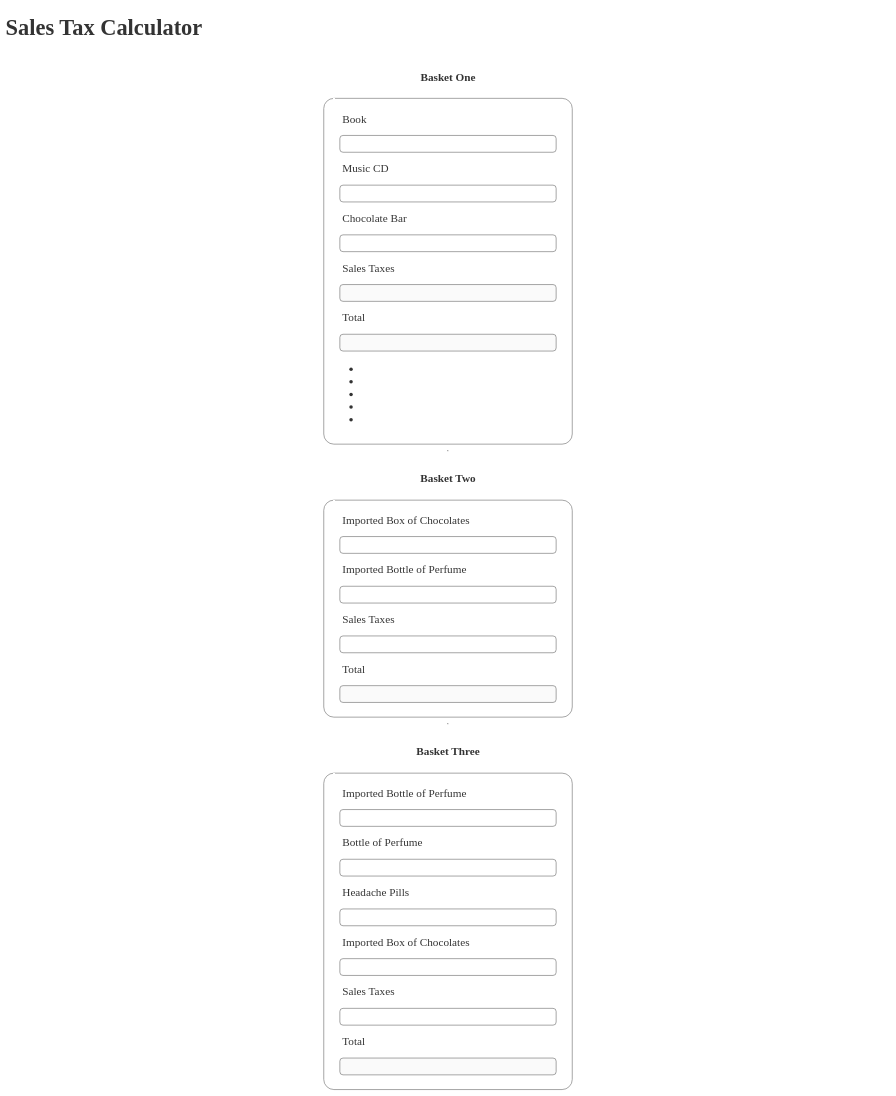
Repository: duzzisantos/sales-tax
Page: index.html
The author's editor kept a copy of each file at every save. The page is drawn from the files as they stood at one save, then again after the next save.
The browser window is 1280 px wide. The pictures show the whole page, at 70% of full size.

Above is the page before, as saved 2022-05-25 21:36:54.

### index.html
<!DOCTYPE html>
<html lang="en">

<head>
    <meta charset="UTF-8">
    <meta http-equiv="X-UA-Compatible" content="IE=edge">
    <meta name="viewport" content="width=device-width, initial-scale=1.0">
    <link href="style.css" rel="stylesheet">
    <title>Sales Tax Calculator</title>
</head>

<body>
    <h1>Sales Tax Calculator</h1>
    <section id="container">
        <h4>Basket One</h4>
        <fieldset>
            <legend>

            </legend>
            <label for="book">Book</label>
            <input id="book" type="number" name="book" onchange="basketOne()" />
            <label for="musicCD">Music CD</label>
            <input id="musicCD" type="number" name="musicCD" onchange="basketOne()" />
            <label for="chocolateBar">Chocolate Bar</label>
            <input id="chocolateBar" type="number" name="chocolateBar" onchange="basketOne()" />
            <label for="sales-taxes">Sales Taxes</label>
            <input id="sales-taxes" type="number" name="sales-taxes" onchange="basketOne()" disabled />
            <label for="total">Total</label>
            <input id="total" type="number" name="total" onchange="basketOne()" disabled />
            <ul class="listOne">
                <li></li>
                <li></li>
                <li></li>
                <li></li>
                <li></li>
            </ul>
        </fieldset>
        <hr>
        <h4>Basket Two</h4>
        <fieldset>
            <legend>

            </legend>
            <label for="imported-box-chocolate">Imported Box of Chocolates</label>
            <input id="imported-box-chocolate" type="number" name="imported-box-chocolate" onchange="basketTwo()" />
            <label for="imported-perfume">Imported Bottle of Perfume</label>
            <input id="imported-perfume" type="number" name="imported-perfume" onchange="basketTwo()" />

            <label for="sales-taxes2">Sales Taxes</label>
            <input id="sales-taxes2" type="number" name="sales-taxes2" onchange="basketTwo()" />
            <label for="total">Total</label>
            <input disabled id="total2" type="number" name="total2" onchange="basketTwo()" />
        </fieldset>
        <hr>
        <h4>Basket Three</h4>
        <fieldset>
            <legend>

            </legend>
            <label for="imported-perfume2">Imported Bottle of Perfume</label>
            <input id="imported-perfume2" type="number" name="imported-perfume2" onchange="basketThree()" />
            <label for="bottle-perfume">Bottle of Perfume</label>
            <input id="bottle-perfume" type="number" name="bottle-perfume" onchange="basketThree()" />
            <label for="pills">Headache Pills</label>
            <input id="pills" type="number" name="pills" onchange="basketThree()" />
            <label for="imported-box-chocolate2">Imported Box of Chocolates</label>
            <input id="imported-box-chocolate2" type="number" name="imported-box-chocolate2" onchange="basketThree()" />
            <label for=" sales-taxes3">Sales Taxes</label>
            <input id="sales-taxes3" type="number" name="sales-taxes3" onchange="basketThree()" />
            <label for="total3">Total</label>
            <input disabled id="total3" type="number" name="total3" onchange="basketThree()" />
        </fieldset>
    </section>
</body>
<script src="first.js"></script>
<script src="second.js"></script>
<script src="third.js"></script>

</html>

### style.css
*{
    color: rgb(0,0,0,0.8);
}

#container{
    display: flex;
    flex-direction: column;
    align-items: center;
    justify-content: center;
    bottom: 0;
}

fieldset{
    height: fit-content;
    width: 20%;
    border: 1px solid grey;
    border-radius: 15px;
}

label, input{
    display: block;
    margin: 10px;
    padding: 4px;
}

input{
    width: 300px;
    border-radius: 5px;
    border: 1px solid grey;
}

### first.js
//Variables for tax rate
let taxFree = 0;
let basicTax = 10;
let importDuty = 5;

//imported basic taxable items attract an extra non-negotiable tax rate of 5%, therefore 10% + 5% = 15%
let basicPlusImportDuty = basicTax + importDuty;

//An app that computes the first basket of goods
const basketOne = () => {
  let book = document.getElementById("book").value;
  let musicCD = document.getElementById("musicCD").value;
  let chocolateBar = document.getElementById("chocolateBar").value;

  // The plus sign is used in front of every variable to indicate to JavaScript that they are numerical values
  // Without this, they would become concatenated strings

  //these are the sums of the items and their taxes
  let bookPlusTax = +taxFree * +book + +book;
  let musicCDPlusTax = (basicTax * +musicCD) / 100 + +musicCD;
  let chocolateBarPlusTax = +taxFree * +chocolateBar + +chocolateBar;

  //this computes the total price paid by the customer
  let netPayment = +bookPlusTax + +musicCDPlusTax + +chocolateBarPlusTax;
  document.getElementById("total").value = netPayment.toFixed(2);

  //this computes the total sales tax generated
  let totalTaxes =
    bookPlusTax -
    book +
    (musicCDPlusTax - musicCD) +
    (chocolateBarPlusTax - chocolateBar);

  //Math.ceil and toFixed method helps us round up to the nearest 0.05
  document.getElementById("sales-taxes").value = (
    Math.ceil(totalTaxes * 20) / 20
  ).toFixed(2);
};

### second.js
//Variables for tax rate
let basicTax2 = 10;
let importDuty2 = 5;

//imported basic taxable items attract an extra non-negotiable tax rate of 5%, therefore 10% + 5% = 15%
let basicPlusImportDuty2 = basicTax2 + importDuty2;

//An app that computes the second basket of goods
const basketTwo = () => {
  let importedChocolate = document.getElementById(
    "imported-box-chocolate"
  ).value;
  let importedPerfume2 = document.getElementById("imported-perfume").value;

  // The plus sign is used in front of every variable to indicate to JavaScript that they are numerical values
  // Without this, they would become concatenated strings

  //these are the sums of the imported items and their taxes
  let importedChocolatePlusTax =
    (importDuty2 * +importedChocolate) / 100 + +importedChocolate;
  let importedPerfume2PlusTax =
    (basicPlusImportDuty2 * +importedPerfume2) / 100 + +importedPerfume2;

  //Math.ceil and toFixed method helps us round up to the nearest 0.05
  //this computes the total price paid by the customer
  let netPayment = +importedChocolatePlusTax + +importedPerfume2PlusTax;
  document.getElementById("total2").value = (
    Math.ceil(netPayment * 20) / 20
  ).toFixed(2);

  //this computes the total sales tax generated
  let totalTaxes =
    (importDuty2 * +importedChocolate) / 100 +
    (basicPlusImportDuty2 * +importedPerfume2) / 100;
  document.getElementById("sales-taxes2").value = (
    Math.ceil(totalTaxes * 20) / 20
  ).toFixed(2);
};

### third.js
//Variables for tax rate
let taxFree3 = 0;
let basicTax3 = 10;
let importDuty3 = 5;
let basicPlusImportDuty3 = basicTax3 + importDuty3;


//App that computes the third basket of goods
const basketThree = () => {
    let importedPerfume2 = document.getElementById("imported-perfume2").value;
    let bottlePerfume = document.getElementById("bottle-perfume").value;
    let pills = document.getElementById("pills").value;
    let importedChocolate2 = document.getElementById("imported-box-chocolate2").value;


    //    // The plus sign is used in front of every variable to indicate to JavaScript that they are numerical values
     // Without this, they would become concatenated strings

    //these are the sums of the imported items and their taxes
    let importedPerfume2PlusTax = (basicPlusImportDuty3 * +importedPerfume2) / 100 + +importedPerfume2;
    let bottlePerfumePlusTax =
      (basicTax3 * +bottlePerfume) / 100 + +bottlePerfume;
    let pillsPlusTax = (taxFree3 * +pills) + +pills;
    let importedChocolate2PlusTax =
      (importDuty3 * +importedChocolate2) / 100 + +importedChocolate2;

    //Math.ceil and toFixed method helps us round up to the nearest 0.05
    //This computes the prices plus their taxes
    let netPayment =
      importedPerfume2PlusTax +
      bottlePerfumePlusTax +
      pillsPlusTax +
      importedChocolate2PlusTax;
    document.getElementById("total3").value = (Math.ceil(netPayment * 20) / 20).toFixed(2);

    //this computes the total taxes generated from selling basket three
    let totalTaxes =
      importedPerfume2PlusTax -
      importedPerfume2 +
      (bottlePerfumePlusTax - bottlePerfume) +
      (pillsPlusTax - pills) +
      (importedChocolate2PlusTax - importedChocolate2);

    document.getElementById("sales-taxes3").value = (
        Math.ceil(totalTaxes * 20) / 20
      ).toFixed(2);
  };

After the next save:
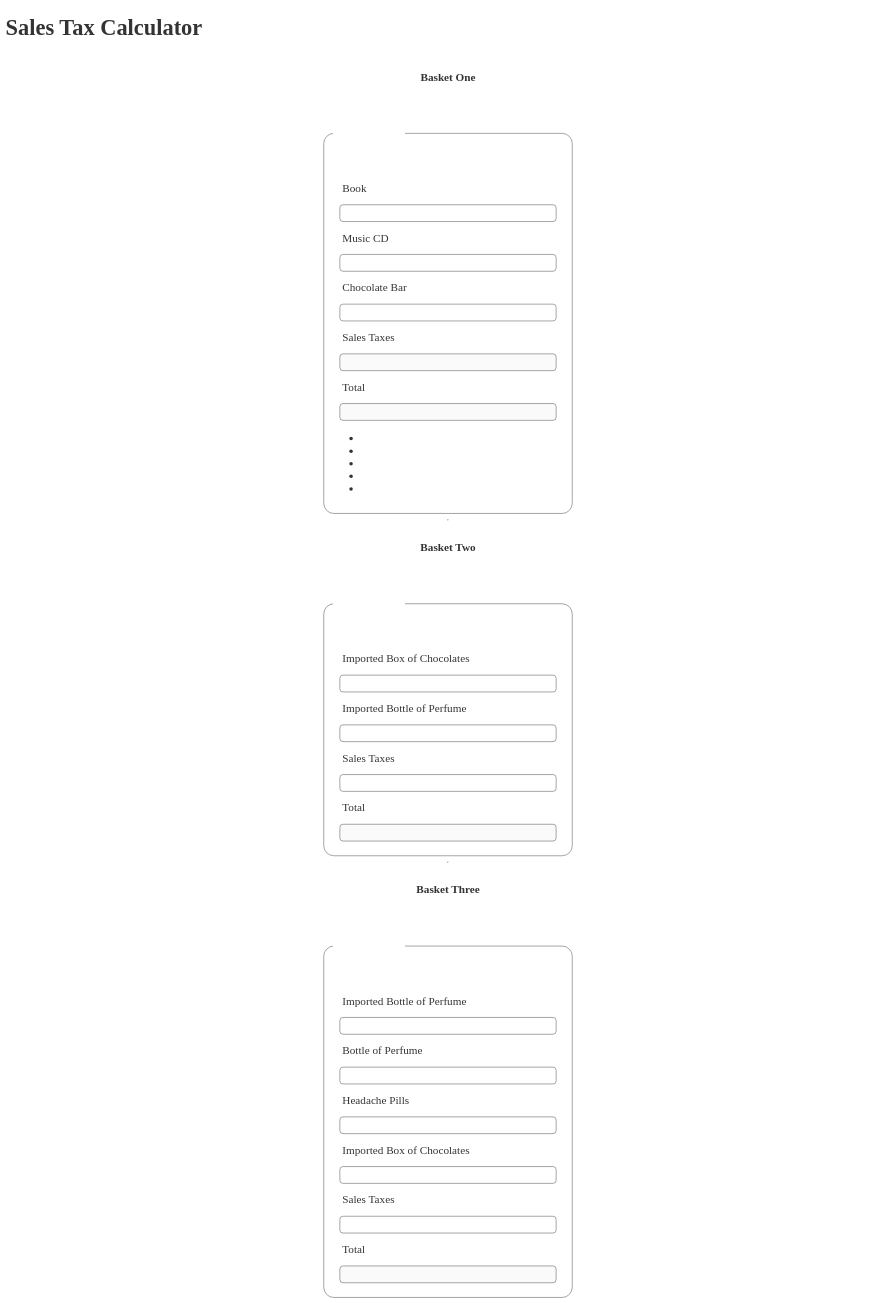
Saved 24 s later.
--- a/style.css
+++ b/style.css
@@ -17,6 +17,11 @@ fieldset{
     border-radius: 15px;
 }
 
+legend{
+    height: 100px;
+    width: 100px;
+}
+
 label, input{
     display: block;
     margin: 10px;
